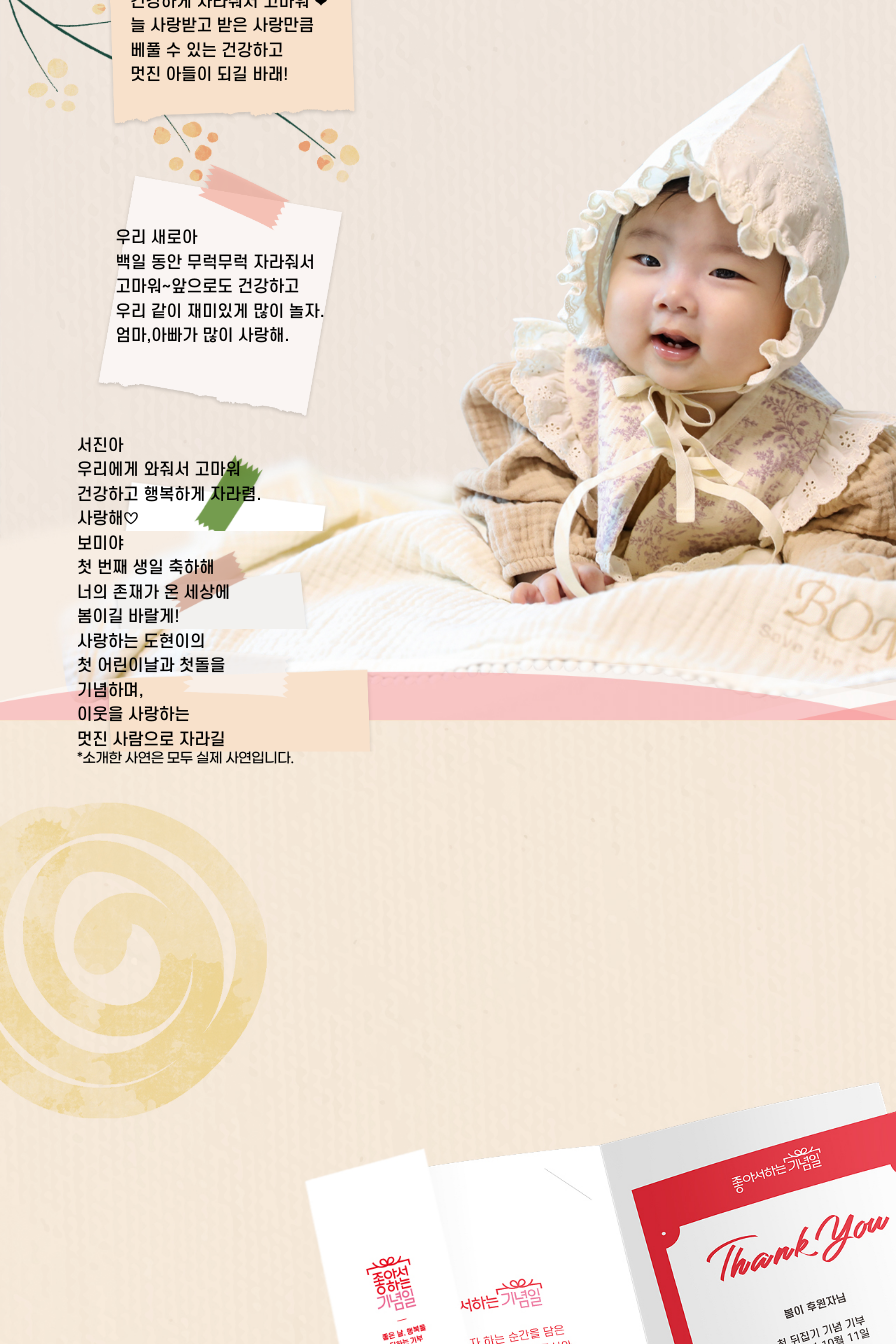
Repository: dlgywls1130/save_the_children
Page: index.html
The author's editor kept a copy of each file at every save. The page is drawn from the files as they stood at one save, then again after the next save.
The browser window is 1280 px wide. The pictures show the part of the page from y = 1392 to 3312 px (the page is 4840 px tall), at 70% of full size.

Above is the page before, as saved 2023-12-12 22:09:06.

After the next save:
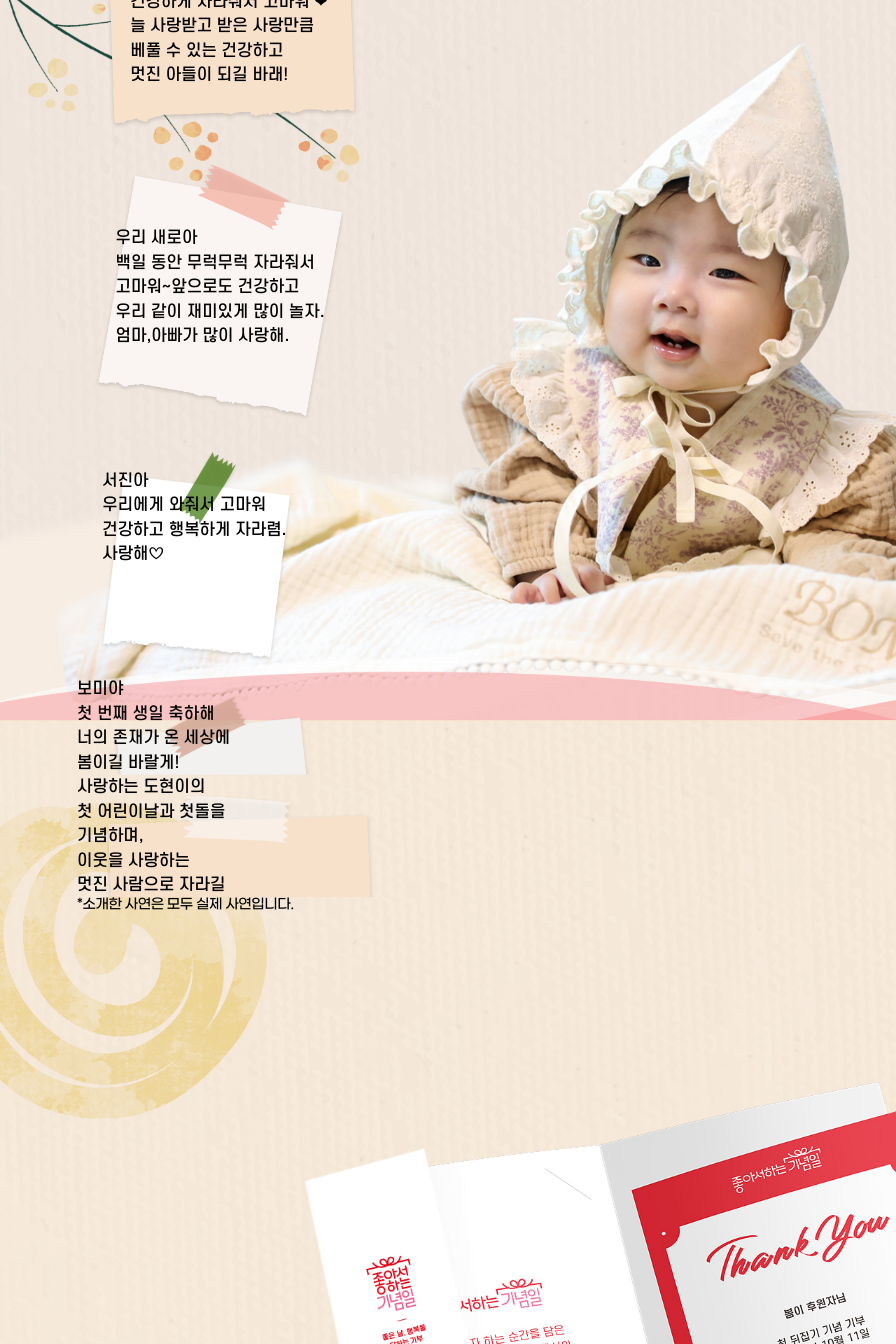
Saved 39 s later.
--- a/css/style.css
+++ b/css/style.css
@@ -246,6 +246,11 @@
 
 .postit03{
     background:url('../img/post02.png') no-repeat;
+    width: 348px;
+    height: 348px;
+    background-size: contain;
+    padding: 50px 36px 60px;
+    box-sizing: border-box;
 }
 
 .postit04{
